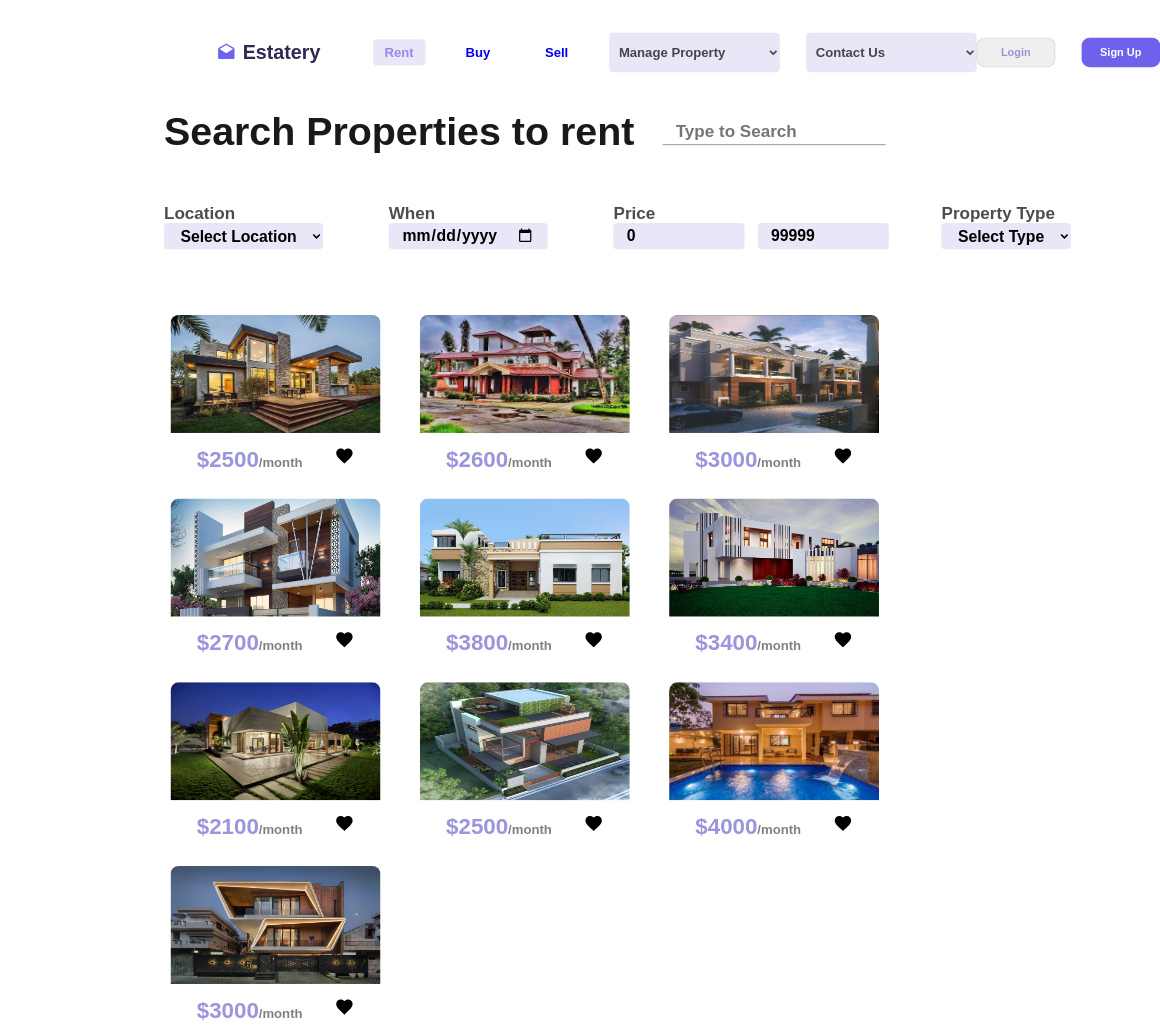
Repository: kapil4457/Reunion-Internship-Assignment
Page: /
These files come from the project's save history. The page is drawn as it stood at one moment and after the next save; the edit follows.
The browser window is 1280 px wide. The page is 1415 px wide, so the pictures cover 1415 px, including what lies to the right of the window. The pictures show the whole page, at 82% of full size.
The project was rebuilt for these pictures with package versions that can differ from the ones it lists, and the page was loaded fresh each time. Also part of the build but not shown: src/App.css.

Above is the page before, as saved 2022-10-07 18:29:51.

After the next save:
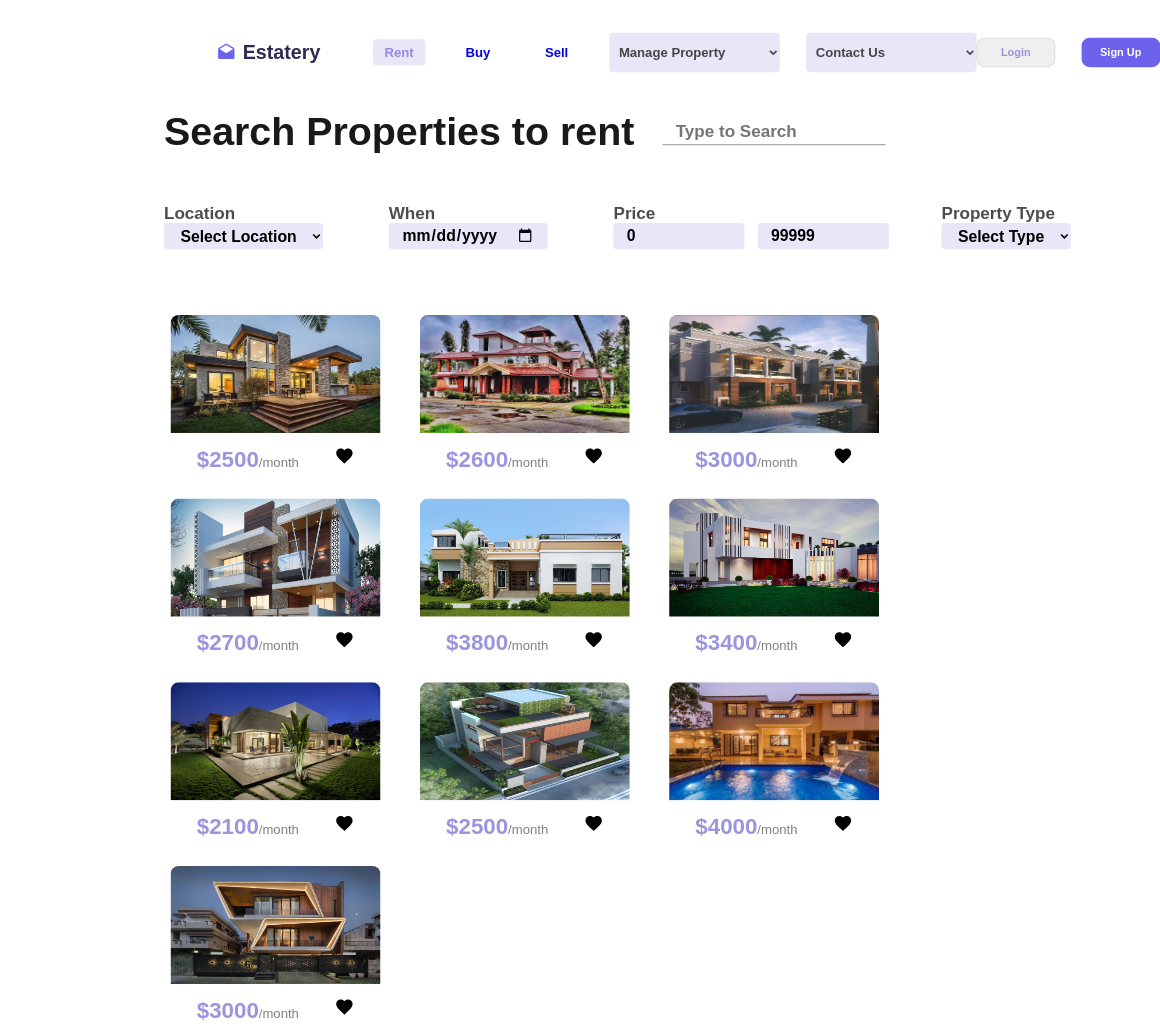
Saved 4 s later.
--- a/src/components/RentCard/RentCard.css
+++ b/src/components/RentCard/RentCard.css
@@ -22,7 +22,7 @@
 }
 .rent-card-price >div{
     color:gray;
-    font-weight: 550;
+    font-weight: 500;
 }
 
 .rent-card-price >div > span{
